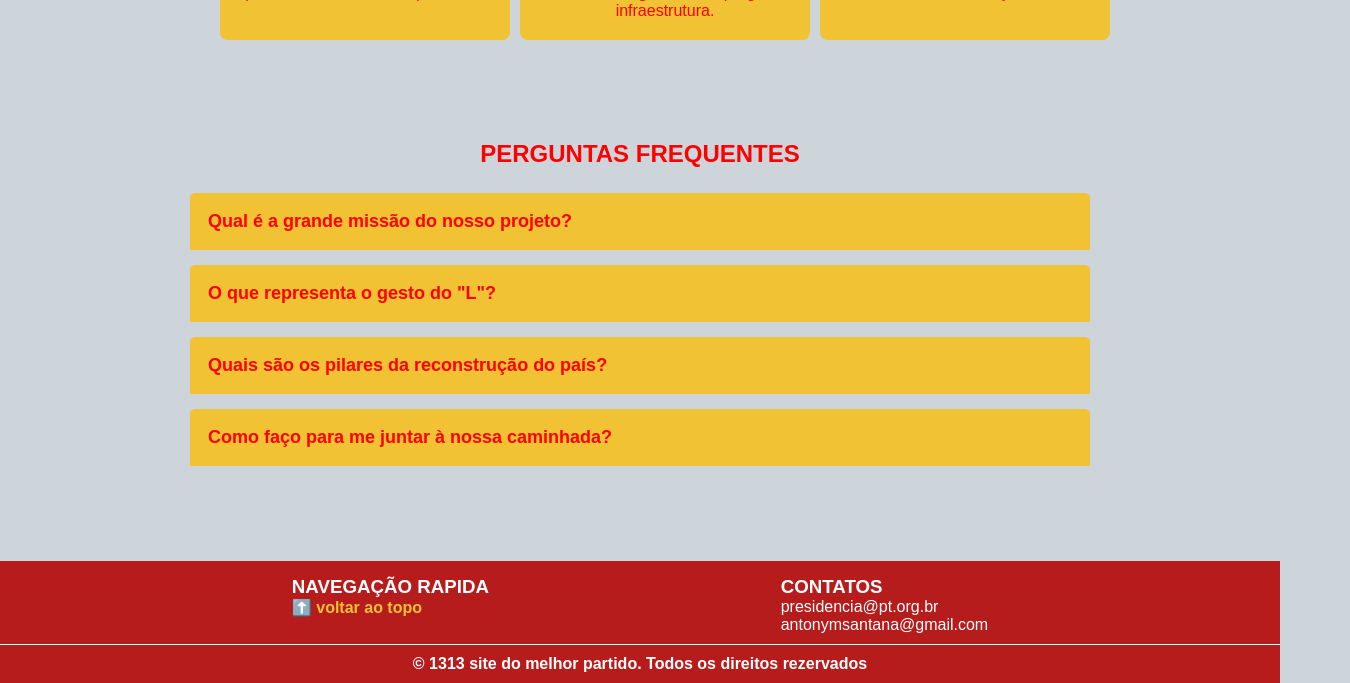
Repository: antonymsantana-design/second.revision
Page: html/html.html
These files come from the project's save history. The page is drawn as it stood at one moment and after a run of saves; the edit follows.
The browser window is 1280 px wide. The page is 1350 px wide, so the pictures cover 1350 px, including what lies to the right of the window. The pictures show the part of the page from y = 2024 to 2892 px (the page is 2707 px tall before and 3019 px after).

Above is the page before, as saved 2026-09-05 22:21:35.

### html/html.html
<!doctype html>
<html lang="pt-br">
  <head>
    <meta charset="UTF-8" />
    <meta name="viewport" content="width=device-width, initial-scale=1.0" />
    <title>avaliação</title>
    <link rel="stylesheet" href="../css/css.css" />
    <script src="../js/js.js" defer></script>
  </head>
  <header>
    <div class="conteudoH" id="conteudoH">
      <div class="imagem" id="imagem">
        <img
          src="../IMAGENS/partido-dos-trabalhadores-pt.png"
          alt="logo"
          class="logoIMG"
          id="logoIMG"
        />
      </div>
      <div class="links" id="links">
        <a href="#" class="aLinks">EXPERIÊNCIAS</a>
        <a href="#" class="aLinks">PROJETOS</a>
        <a href="#" class="aLinks">SOBRE</a>
      </div>
      <div class="btnDiv" id="btnDiv">
        <button class="btn" id="btn">
          <div class="btnTxt" id="btnTxt">
            <p>contrate-nos</p>
          </div>
        </button>
      </div>
    </div>
  </header>

  <body>
    <div class="conteudo">
      <div class="texto">
        <h1 class="faça_o_l">FAÇA O L</h1>
        <br />
        <h1 class="imediatamente">IMEDIATAMENTE</h1>
      </div>
    </div>

    <div class="cards">
      <div class="card">
        <div class="imagemCard">
          <img src="../IMAGENS/fazoL.webp" alt="ptzão" />
        </div>
        <div class="textoC">
          <p>
            O L desenhado pelas mãos do povo é o nosso escudo estampado no
            peito, o brasão de uma nação que recusou o fim e escolheu se
            reconstruir. Assim como os maiores símbolos de proteção, ele traz a
            força indomável dos esquecidos, a coragem da classe trabalhadora e o
            abraço que resgata a dignidade de cada família. Fazer o L não é
            apenas um gesto: é a armadura invisível da justiça, a poesia de quem
            luta sem medo e a prova viva de que a esperança sempre vence
            qualquer escuridão.
          </p>
        </div>
      </div>

      <div class="card">
        <div class="imagemCard">
          <img src="../IMAGENS/Design sem nome.png" alt="ptzão" />
        </div>
        <div class="textoC">
          <p>
            A reconstrução do Brasil é a nossa maior batalha vitoriosa, o
            compromisso sagrado de honrar quem ergue este país com as próprias
            mãos. É o salário que volta a ter valor de arma contra a miséria, o
            prato cheio que alimenta a dignidade e a porta da universidade
            aberta para o filho do trabalhador. Erguemos de volta a estrutura de
            uma nação soberana, provando que quando a força do povo se levanta,
            nenhuma injustiça é capaz de ficar em pé.
          </p>
        </div>
      </div>

      <div class="card">
        <div class="imagemCard">
          <img src="../IMAGENS/Design sem nome (1).png" alt="ptzão" />
        </div>
        <div class="textoC">
          <p>
            Nossa verdadeira força nunca esteve em batalhas solitárias, mas no
            exército invencível de milhões de corações alinhados. É o povo
            organizado no campo, na fábrica e na periferia, formando uma
            barreira inabalável em defesa da liberdade e do futuro. Estar juntos
            é carregar o juramento de não deixar ninguém para trás. Somos a
            guarda permanente do país, os guardiões da justiça social e a prova
            de que a nossa união é o maior poder da Terra.
          </p>
        </div>
      </div>
    </div>

    <div class="cardsV">
      <div class="video">
        <video autoplay loop muted playsinline>
          <source src="../video/video1.mp4" type="video/mp4" />
        </video>
      </div>
      <div class="video">
        <video autoplay loop muted playsinline>
          <source src="../video/video2.mp4" type="video/mp4" />
        </video>
      </div>
      <div class="video">
        <video autoplay loop muted playsinline>
          <source src="../video/video3.mp4" type="video/mp4" />
        </video>
      </div>
    </div>

    <div class="galery">
      <div class="btnfiltro">
        <button class="btn-filtro" data-categoria="todos">Todas</button>
        <button class="btn-filtro" data-categoria="social">Social</button>
        <button class="btn-filtro" data-categoria="educacao">Educação</button>
        <button class="btn-filtro" data-categoria="economia">Economia</button>
      </div>

      <div class="cards-galeria">
        <div class="card-item" data-categoria="social">
          <h3>Bolsa Família</h3>
          <p>
            Garantia de renda e combate direto à extrema pobreza em todo o país.
          </p>
        </div>

        <div class="card-item" data-categoria="social">
          <h3>Minha Casa Minha Vida</h3>
          <p>Acesso à moradia digna para milhões de famílias brasileiras.</p>
        </div>

        <div class="card-item" data-categoria="educacao">
          <h3>Prouni e FIES</h3>
          <p>Inclusão de jovens da classe trabalhadora no ensino superior.</p>
        </div>

        <div class="card-item" data-categoria="educacao">
          <h3>Expansão de IFFs</h3>
          <p>
            Criação dos Institutos Federais para ensino técnico de qualidade.
          </p>
        </div>

        <div class="card-item" data-categoria="economia">
          <h3>PAC</h3>
          <p>
            Programa de Aceleração do Crescimento gerando empregos e
            infraestrutura.
          </p>
        </div>

        <div class="card-item" data-categoria="economia">
          <h3>Valorização do Salário</h3>
          <p>Aumento real do salário mínimo acima da inflação.</p>
        </div>
      </div>
    </div>

    <div class="crd-container">
      <h2 class="crd-titulo">PERGUNTAS FREQUENTES</h2>

      <div class="crd-item">
        <button class="crd-pergunta">
          Qual é a grande missão do nosso projeto?
        </button>
        <div class="crd-resposta">
          <p>
            Erguer a bandeira da esperança e da justiça social, trazendo de
            volta a dignidade, o trabalho e a oportunidade de um futuro melhor
            para todo o povo brasileiro.
          </p>
        </div>
      </div>

      <div class="crd-item">
        <button class="crd-pergunta">O que representa o gesto do "L"?</button>
        <div class="crd-resposta">
          <p>
            O "L" é o símbolo do nosso compromisso coletivo. Ele representa o
            escudo da classe trabalhadora, a força dos esquecidos e a prova de
            que a união vence qualquer escuridão.
          </p>
        </div>
      </div>

      <div class="crd-item">
        <button class="crd-pergunta">
          Quais são os pilares da reconstrução do país?
        </button>
        <div class="crd-resposta">
          <p>
            Foco no que realmente importa: salário valorizado, comida na mesa,
            moradia digna e as portas das universidades abertas para os filhos
            do trabalhador.
          </p>
        </div>
      </div>

      <div class="crd-item">
        <button class="crd-pergunta">
          Como faço para me juntar à nossa caminhada?
        </button>
        <div class="crd-resposta">
          <p>
            A nossa força vem da união de todos. Seja no campo, na fábrica ou na
            cidade, qualquer pessoa pode somar voz e energia para defender a
            democracia e o futuro do país.
          </p>
        </div>
      </div>
    </div>

    <div class="modal-overlay" id="modalContato">
      <div class="modal-box">
        <span id="btnClose" class="close-btn">X</span>
        <h2 class="modal-title">FALE CONOSCO</h2>

        <form id="formContato">
          <div class="input-group">
            <label for="nome">Nome</label>
            <input type="text" id="nome" required />
          </div>
          <div class="input-group">
            <label for="email">E-mail</label>
            <input type="email" id="email" required />
          </div>
          <div class="input-group">
            <label for="Assunto">Assunto</label>
            <input type="text" id="assunto" required />
          </div>
          <div class="input-group">
            <label for="mensagem">mensagem</label>
            <textarea id="mensagem" rows="4" required></textarea>
          </div>

          <button type="submit" class="btn-enviar" id="enviar">ENVIAR</button>
        </form>
      </div>
    </div>
  </body>
  <footer>
    <div class="cima">
      <div class="esquerda">
        <h3>NAVEGAÇÃO RAPIDA</h3>
        <h4 class="btnTopo" id="btnTopo">⬆️ voltar ao topo</h4>
      </div>
      <div class="direita">
        <h3>CONTATOS</h3>
        <a href="">presidencia@pt.org.br</a> <br />
        <a href="">antonymsantana@gmail.com</a>
      </div>
    </div>
    <div class="baixo">
      <h4>© 1313 site do melhor partido. Todos os direitos rezervados</h4>
    </div>
  </footer>
</html>

### css/css.css
* {
    padding: 0px;
    margin: 0px;
    font-family: Arial, Helvetica, sans-serif;
}

body {
    background-color: rgb(205, 212, 218);
}

header {
    background-color: #f1c233;
    height: 110px;
    border-bottom: red solid 3px;
}

.conteudoH {
    display: flex;
    justify-content: space-between;
    padding-right: 100px;
    align-items: center;
}

.imagem {
    margin-left: 20px;
    margin-top: 5px;
}

.logoIMG {
    width: 100px;
    height: 100px;
}

.links {
    display: flex;
    gap: 20px;
    justify-content: center;
    padding-right: 130px;
}

.links a {
    text-decoration: none;
    color: red;
    transition: 0.5s ease;
}

.aLinks:hover {
    transform: translateY(-5px);
    box-shadow: 0 4px 10px rgba(0, 0, 0, 0.15);
    background-color: red;
    color: #f1c233;
    border-radius: 5px;
    width: 120px;
    height: 30px;
    display: flex;
    justify-content: center;
    align-items: center;
}

.btnDiv {
    display: flex;
}

.btn {
    display: flex;
    justify-content: center;
    width: 120px;
    height: 70px;
    background-color: red;
    border: none;
    color: white;
    align-items: center;
    border-radius: 8px;
    transition: 0.3s ease;
    cursor: pointer;
}

.btn:hover {
    transform: translateY(-5px);
    box-shadow: 0 8px 15px rgba(255, 0, 0, 0.4);
}

.conteudo {
    background-image: url(../IMAGENS/maxresdefault.jpg);
    background-repeat: no-repeat;
    background-size: cover;
    background-position: center;
    height: 100vh;
}

.texto {
    padding-top: 250px;
    padding-left: 100px;
    font-size: 40px;
}

.faça_o_l {
    color: #f1c233;
}

.imediatamente {
    color: red;
}

.cards {
    display: flex;
    justify-content: space-around;
    margin-top: 20px;
}

.card {
    background-color: #f1c233;
    height: 500px;
    width: 430px;
    border-radius: 10px;
    display: flex;
    justify-content: center;
    align-items: center;
    position: relative;
    transition: 0.3s ease;
}

.card:hover {
    transform: translateY(-10px);
    box-shadow: 0 12px 25px rgba(0, 0, 0, 0.3);
    background-color: red;
}

.imagemCard {
    width: 300px;
    height: 300px;
    position: absolute;
    top: 50%;
    left: 50%;
    transform: translate(-50%, -50%);
    transition: 0.3s ease;
}

.imagemCard img {
    width: 100%;
    transition: 0.3s ease;
}

.card:hover img {
    opacity: 0;
}

.textoC {
    color: #f1c233;
    text-align: center;
    justify-content: center;
    align-items: center;
    font-size: 20px;
    display: flex;
    height: 500px;
    width: 430px;
    padding: 20px;
    box-sizing: border-box;
}

.cardsV {
    display: flex;
    justify-content: space-around;
    margin-top: 90px;
}

.cardsV video {
    width: 450px;
    border-radius: 10px;
    padding-bottom: 55px;
    transition: 0.3s ease;
}

.cardsV video:hover {
    transform: translateY(-8px);
}

.modal-overlay {
    position: fixed;
    top: 0;
    left: 0;
    width: 100vw;
    height: 100vh;
    background-color: rgba(0, 0, 0, 0.65);
    display: none;
    justify-content: center;
    align-items: center;
    z-index: 9999;
}

.modal-overlay.active {
    display: flex;
}

.modal-box {
    background-color: #f1c233;
    width: 90%;
    max-width: 420px;
    padding: 30px 25px;
    position: relative;
    box-shadow: 0 8px 20px rgba(0, 0, 0, 0.3);
    border-radius: 5px;
}

.close-btn {
    position: absolute;
    top: 12px;
    right: 20px;
    font-size: 26px;
    color: red;
    cursor: pointer;
    font-weight: bold;
    transition: 0.3s ease;
}

.close-btn:hover {
    transform: scale(1.2);
}

.modal-title {
    text-align: center;
    margin-bottom: 20px;
    color: red;
}



.input-group {
    display: flex;
    flex-direction: column;
    margin-bottom: 12px;
}

.input-group label {
    font-size: 14px;
    font-weight: bold;
    color: red;
    margin-bottom: 4px;
}

.input-group input,
.input-group textarea {
    border: none;
    border-radius: 8px;
    padding: 10px;
    resize: vertical;
    outline: none;
    font-size: 14px;
}

.btn-enviar {
    display: block;
    margin: 20px auto 0 auto;
    background-color: red;
    color: white;
    border: none;
    padding: 10px 40px;
    border-radius: 20px;
    font-weight: bold;
    cursor: pointer;
    transition: 0.3s ease;
}

.btn-enviar:hover {
    transform: translateY(-3px);
    box-shadow: 0 5px 15px rgba(0, 0, 0, 0.2);
}

footer {
    background-color: #b71c1c;
    color: white;
    padding-top: 15px;
}

.cima {
    border-bottom: white 1px solid;
    padding-bottom: 10px;
    display: flex;
    justify-content: space-evenly;
}

.direita a {
    color: white;
    text-decoration: none;
    transition: 0.3s ease;
}

.direita a:hover {
    color: #f1c233;
}

.btnTopo {
    cursor: pointer;
    color: #f1c233;
    transition: 0.3s ease;
}

.btnTopo:hover {
    transform: translateY(-3px);
}

.baixo {
    text-align: center;
    padding: 10px 0;
}

.galery{
    padding-bottom: 20px;
}

.card-item {
    background-color: #f1c233;
    color: red;
    padding: 20px;
    border-radius: 8px;
    width: 250px;
    text-align: center;
    transition: 0.3s ease;
}

.btnfiltro{
    padding-bottom: 10px;
     display: flex;
    justify-content: center;
    gap: 10px;
}

.card-item:hover {
    transform: translateY(-5px);
    box-shadow: 0 5px 15px rgba(0, 0, 0, 0.2);
}

.btn-filtroT{
    background-color: #f1c233;
    color: white;
    border: none;
    padding: 10px 20px;
    border-radius: 5px;
    cursor: pointer;
    font-weight: bold;
    transition: 0.3s ease;
}

.btn-filtro {
    background-color: red;
    color: white;
    border: none;
    padding: 10px 20px;
    border-radius: 5px;
    cursor: pointer;
    font-weight: bold;
    transition: 0.3s ease;
}

.btn-filtro.trocarCor{
    background-color: #f1c233;
    color: white;
}

.btn-filtro:hover {
    background-color: #b71c1c;
    transform: translateY(-2px);
}

.cards-galeria{
    display: grid;
    justify-content: center;
    grid-template-columns: repeat(3, 240px);
    gap: 60px;
}

.card-item.escondido {
    display: none;
}

.crd-container {
    max-width: 900px;
    margin: 60px auto;
    padding: 20px;
}

.crd-titulo {
    text-align: center;
    color: red;
    margin-bottom: 25px;
}

.crd-item {
    margin-bottom: 15px;
}

.crd-pergunta {
    width: 100%;
    background-color: #f1c233;
    color: red;
    border: none;
    padding: 18px;
    text-align: left;
    font-size: 18px;
    font-weight: bold;
    cursor: pointer;
    border-radius: 5px 5px 0 0;
}

.crd-pergunta:hover {
    background-color: red;
    color: #f1c233;
}

.crd-resposta {
    display: none;
    overflow: hidden;
    background-color: white;
    transition: 0.4s ease;
    border-radius: 0 0 5px 5px;
}

.crd-resposta p {
    padding: 15px 20px;
    color: #333;
    line-height: 1.5;
}

.crd-item.ativo, .crd-resposta.ativo {
    display: flex;
    max-height: 200px;
}

### js/js.js
const modal = document.getElementById("modalContato");
const btnAbrir = document.getElementById("btn");
const btnFechar = document.getElementById("btnClose");
const enviar = document.getElementById("enviar");
const rolar = document.getElementById("btnTopo");

btnAbrir.onclick = function () {
  modal.classList.add("active");
};

btnFechar.onclick = function () {
  modal.classList.remove("active");
};

enviar.onclick = function () {
  window.alert("enviado com sucesso");
  modal.classList.remove("active");
};

rolar.onclick = function () {
  window.scrollTo({
    top: 0,
    behavior: "smooth",
  });
};

const botoes = document.querySelectorAll(".btn-filtro");
const cards = document.querySelectorAll(".card-item");

botoes.forEach((botao) => {
  botao.addEventListener("click", () => {
    const categoriaSelec = botao.getAttribute("data-categoria");
    cards.forEach((card) => {
      const categoriaCard = card.getAttribute("data-categoria");
      if (categoriaSelec === "todos" || categoriaSelec === categoriaCard) {
        card.classList.remove("escondido");
      } else {
        card.classList.add("escondido");
      }
    });
  });
});

const perguntas = document.querySelectorAll(".crd-pergunta");

perguntas.forEach((pergunta) => {
  pergunta.addEventListener("click", () => {
    const item = pergunta.parentElement;
    const resposta = item.querySelector(".crd-resposta");

    if (resposta.classList.contains("ativo")) {
      resposta.classList.remove("ativo");
    } else {
      resposta.classList.add("ativo");
    }
  });
});

After the next 3 saves:
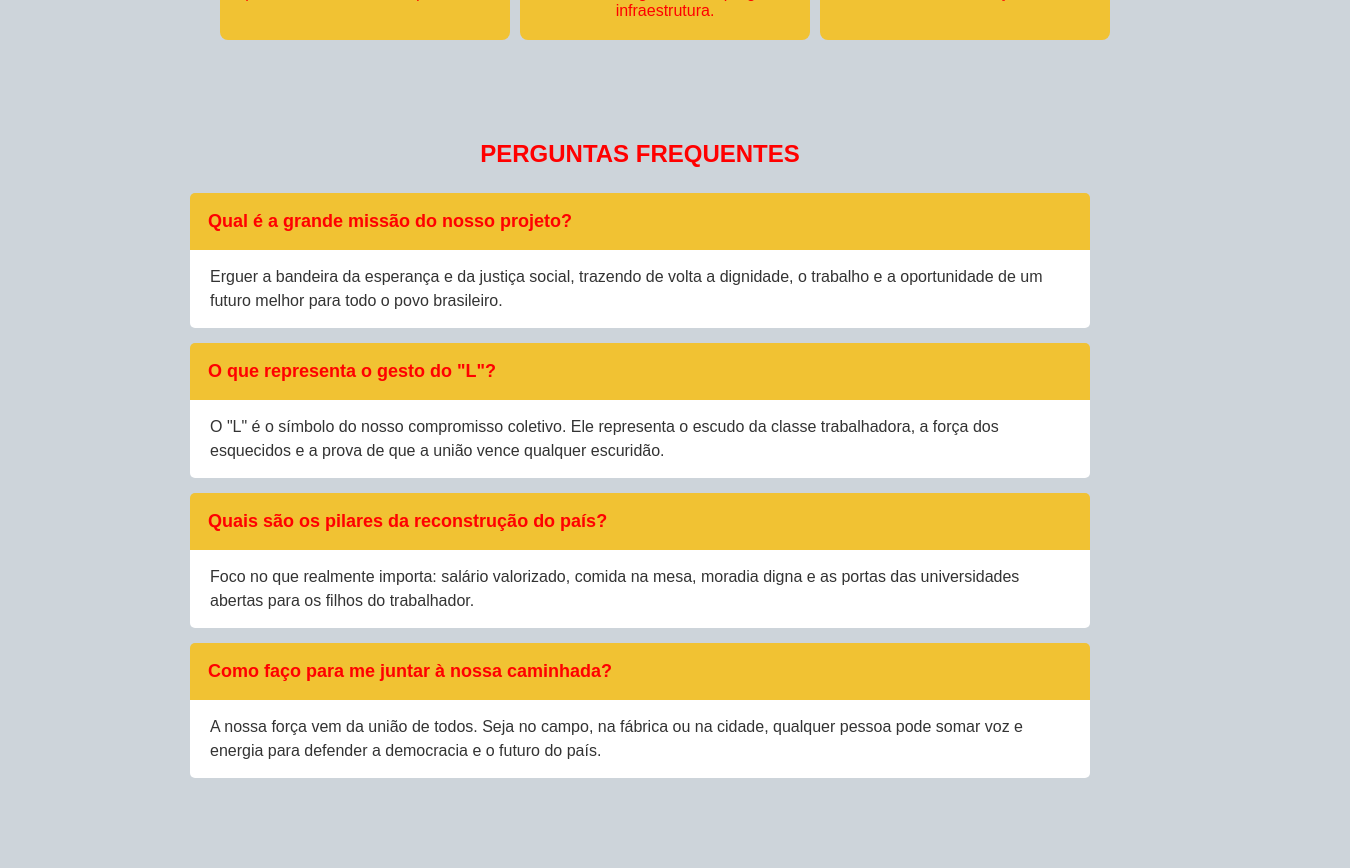
The 3 saves are shown as one change because they came seconds apart.
The last was saved 4 min 46 s later.
--- a/css/css.css
+++ b/css/css.css
@@ -408,8 +408,7 @@
 }
 
 .crd-resposta {
-    display: none;
-    overflow: hidden;
+max-height: 200px;    overflow: hidden;
     background-color: white;
     transition: 0.4s ease;
     border-radius: 0 0 5px 5px;
